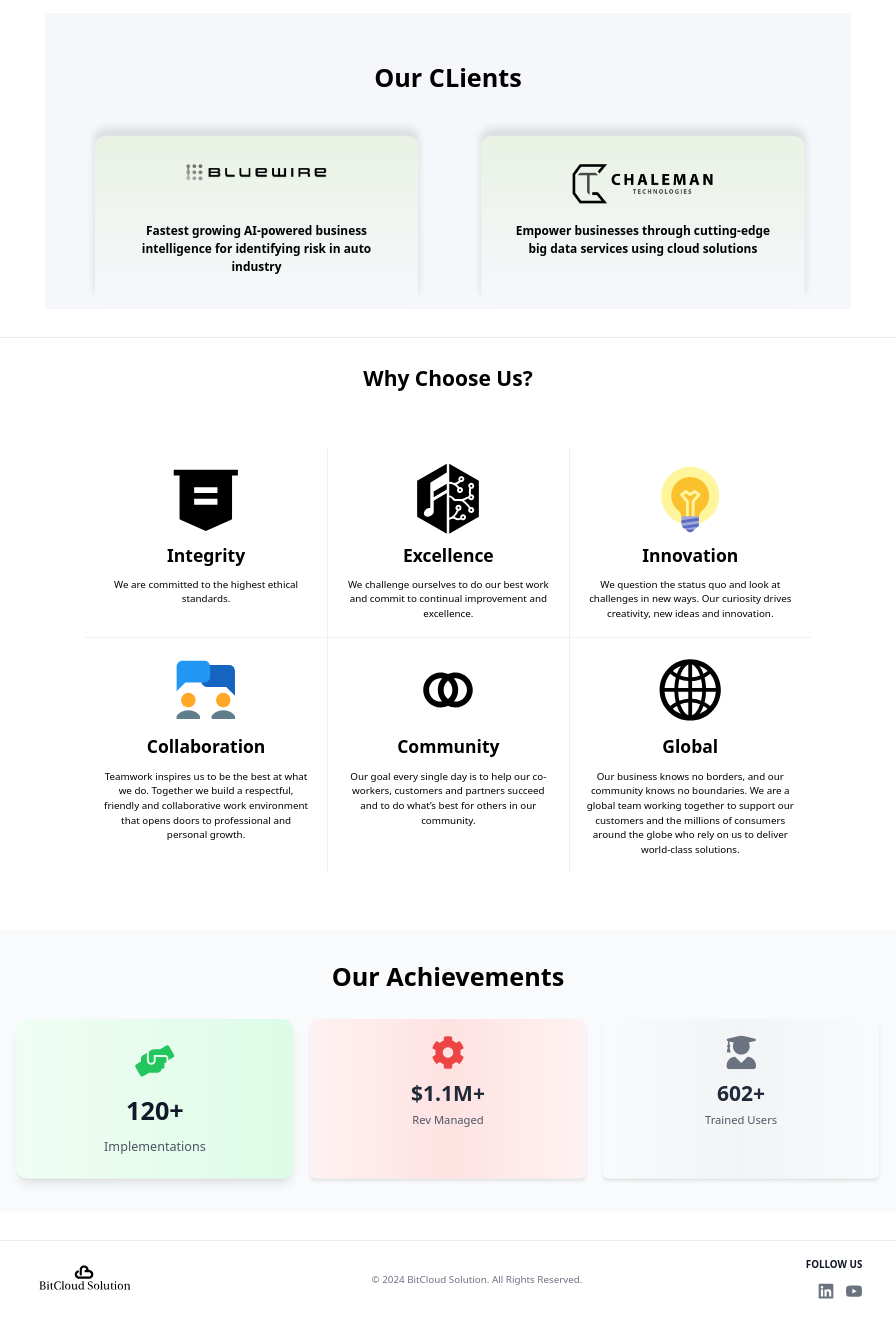
Repository: huzaifaBitCloud/BitCloud-website
Page: /
An editor plug-in stored every save of this project. The page is shown before and after the next save, followed by the edit.
The browser window is 1280 px wide. The pictures show the part of the page from y = 822 to 2742 px (the page is 2742 px tall), at 70% of full size.
The project was rebuilt for these pictures with package versions that can differ from the ones it lists, and the page was loaded fresh each time. The framework's server and built-in components were replaced by stand-ins that run in the browser. Also part of the build but not shown: next.config.mjs.

Above is the page before, as saved 2025-01-09 17:08:19.

### src/app/page.tsx
import Layout from "@/components/Layout";
// import Hero from "@/components/Hero";
import OurClients from "@/components/OurClients";
import WhyUs from "@/components/WhyUs";
import Footer from "@/components/Footer";
import { ImageCarousel } from "@/components/ImageCarousel";
import Achievements from "@/components/Achievements";

export default function Home() {
  return (
    <Layout>
      <div className="">
        {/* <Hero
          imageUrl="https://static.zohocdn.com/sites/stock-images/images/zpstock-image-37.jpg"
        /> */}
        <ImageCarousel />
      </div>
      <div className="mt-10">
        <OurClients />
      </div>
      <div className="my-10 border-t">
        <WhyUs />
      </div>
      <div className="mt-10">
        <Achievements />
      </div>
      <div className="mt-10 mb-10">
        <Footer />
      </div>
    </Layout>
  );
}

### src/app/globals.css
@tailwind base;
@tailwind components;
@tailwind utilities;

.custom-cards-ourClient {
  box-shadow: 0px -10px 10px 2px rgba(221, 223, 226, 1);
  border-radius: 15px;
  background: linear-gradient(180deg, #e9f2e4 0%, #f5f7fa 90%);
}

:root {
  /* --color-primary: #e9f2e4;
    --color-secondary: #f5f7fa;
*/
  --h-100vh: 100vh;
}

/* ABout CSS */

.btn-about {
  display: inline-block;
  margin: 0 0.625rem;
  padding: 0.3125rem 1.25rem;
  border-radius: 1.25rem;
  background: transparent;
  border: solid 0.0625rem #fff;
  position: relative;
  z-index: 9;
}
.main-hero-about {
  clip-path: polygon(
    50% 0%,
    100% 0,
    100% 35%,
    100% 86%,
    49% 100%,
    0 85%,
    0% 35%,
    0 0
  );
}

/* Services */

.zoomIn {
  -webkit-animation-name: zoomIn;
  animation-name: zoomIn;
  -webkit-animation-duration: 1s;
  animation-duration: 1s;
  -webkit-animation-fill-mode: both;
  animation-fill-mode: both;
}
@-webkit-keyframes zoomIn {
  0% {
    opacity: 0;
    -webkit-transform: scale3d(0.3, 0.3, 0.3);
    transform: scale3d(0.3, 0.3, 0.3);
  }
  50% {
    opacity: 1;
  }
}
@keyframes zoomIn {
  0% {
    opacity: 0;
    -webkit-transform: scale3d(0.3, 0.3, 0.3);
    transform: scale3d(0.3, 0.3, 0.3);
  }
  50% {
    opacity: 1;
  }
}

.card-services {
  border-top: 10px solid transparent;
  transition: border-top-color 0.4s, box-shadow 0.4s;
}

.card-services:hover {
  border-top-color: #2563eb;
  box-shadow: 0px 0px 5px rgba(0, 0, 0, 0.75);
}


@media only screen and (max-width: 760px) {
  .main-hero-about {
    clip-path: polygon(
      50% 0%,
      100% 0,
      100% 35%,
      100% 92%,
      49% 100%,
      0 92%,
      0% 35%,
      0 0
    );
  }
  .main-hero-about {
    height: var(--h-100vh) !important;
  }
  .sub-hero-about {
    text-align: center !important;
    margin: 0 auto !important;
  }
  .mob-btn-about {
    justify-content: center;
  }
  .mob-nav-style{
    position: absolute;
    top: 76%;
    left: 0;
  }
}

### src/components/Layout.tsx
import React from "react";
import { Navbar } from "./Navbar";
// import Footer from "./Footer";

const Layout = ({children}: any) => {
  return (
    <div>
      <Navbar />
      <div className="">{children}</div>
      {/* <Footer /> */}
    </div>
  );
};

export default Layout;

### src/components/OurClients.tsx
import React from "react";

const OurClients = () => {
  const services = [
    {
      id: 1,
      description:
        "Fastest growing AI-powered business intelligence for identifying risk in auto industry",
      icon: "./images/Bluewire-Logo.png", // Use the actual icon component
    },
    {
      id: 2,
      description:
        "Empower businesses through cutting-edge big data services using cloud solutions",
      icon: "./images/chaleman.png",
    },
  ];

  return (
    <section id="services" className="xs:w-full sm:w-full lg:w-[90%] mx-auto my-5 bg-[#f5f7fa] px-4 py-2">
      {/* HEADER AND IMAGE SECTION */}
      <div className="mt-16">
        <div>
          <p className="font-playfair font-semibold text-4xl mb-5 text-center">
            Our <span className="text-yellow">CLients</span>
          </p>
        </div>
      </div>

      {/* SERVICES */}
      <div className="grid grid-cols-1 md:grid-cols-2 justify-around  mt-16 gap-10 md:ml-14">
        {services.map((service) => (
          <div
            key={service.id}
            className="relative text-center p-10 xs:w-full sm:w-full lg:w-[90%] custom-cards-ourClient"
          >
            <div className="z-10">
              <div className="w-full flex justify-center ">
                <div className="w-[200px] h-[70px]">
                  <img
                    src={service.icon}
                    alt="client-img"
                    className="object-contain"
                  />
                </div>
              </div>
              <p className="font-playfair font-semibold text-[17px] flex justify-center mt-3">
                {service.description}
              </p>
            </div>
          </div>
        ))}
      </div>
    </section>
  );
};

export default OurClients;

### src/components/WhyUs.tsx
import React from "react";
import { FcCollaboration } from "react-icons/fc";
import { CgCommunity } from "react-icons/cg";
import { AiOutlineGlobal } from "react-icons/ai";
import { FcIdea } from "react-icons/fc";
import { SiMusicbrainz } from "react-icons/si";
import { RiHonourFill } from "react-icons/ri";

const WhyUs = () => {
  const services = [
    {
      id: 1,
      name: "Integrity",
      description: "We are committed to the highest ethical standards.",
      icon: <RiHonourFill size={100} />,
    },
    {
      id: 2,
      name: "Excellence",
      description:
        "We challenge ourselves to do our best work and commit to continual improvement and excellence.",
      icon: <SiMusicbrainz size={100} />,
    },
    {
      id: 3,
      name: "Innovation",
      description:
        "We question the status quo and look at challenges in new ways. Our curiosity drives creativity, new ideas and innovation.",
      icon: <FcIdea size={100} />,
    },
    {
      id: 4,
      name: "Collaboration",
      description:
        "Teamwork inspires us to be the best at what we do. Together we build a respectful, friendly and collaborative work environment that opens doors to professional and personal growth.",
      icon: <FcCollaboration size={100} />,
    },
    {
      id: 5,
      name: "Community",
      description:
        "Our goal every single day is to help our co-workers, customers and partners succeed and to do what’s best for others in our community.",
      icon: <CgCommunity size={100} />,
    },
    {
      id: 6,
      name: "Global",
      description:
        "Our business knows no borders, and our community knows no boundaries. We are a global team working together to support our customers and the millions of consumers around the globe who rely on us to deliver world-class solutions.",
      icon: <AiOutlineGlobal size={100} />,
    },
  ];
  return (
    <div className="w-[90%] mx-auto">
         <h2 className="text-3xl font-bold text-center mt-10 mb-5">Why Choose Us?</h2>
      <div className="w-[90%] mx-auto mt-20 mb-20">
        <div className="grid grid-cols-1 md:grid-cols-2 lg:grid-cols-3">
          {services.map((service, index) => (
            <div
              key={service.id}
              className={`relative bg-white text-center ${
                index >= 0
                  ? index == 0 || index == 3
                    ? index == 3
                      ? ""
                      : "border-b"
                    : index > 3
                    ? "border-l"
                    : "border-l border-b"
                  : ""
              } hover:border-red p-6`}
            >
              <div className="z-10">
                <div className="w-full flex justify-center">{service.icon}</div>

                <h3 className="font-playfair font-semibold text-[25px] mt-3">
                  {service.name}
                </h3>
                <p className="font-playfair text-[14px] flex justify-center mt-3">
                  {service.description}
                </p>
              </div>
            </div>
          ))}
        </div>
      </div>
    </div>
  );
};

export default WhyUs;

### src/components/Footer.tsx
// import Link from "next/link";
// import { FaLinkedin, FaYoutube } from "react-icons/fa";

// const Footer = () => {
//   const currentYear = new Date().getFullYear(); // Get the current year dynamically

//   return (
//     <footer className="bg-white dark:bg-gray-900 border-t w-full">
//       <div className="container mx-auto px-4 py-6">
//         <div className="flex flex-col md:flex-row md:items-center md:justify-between">
//           {/* Logo Section */}
//           <div className="flex items-center mb-4 md:mb-0 py-6">
//             <img
//               src="/images/logo.svg"
//               alt="BitCloud Logo"
//               className="h-14 mr-3 md:ml-4"
//             />
//           </div>

//           {/* Rights Section */}
//           <div className="text-center mb-4 md:mb-0">
//             <span className="text-sm text-gray-500 dark:text-gray-400">
//               © {currentYear}{" "}
//               <Link
//                 href="https://bitcloudsolution.com/"
//                 className="hover:underline"
//               >
//                 BitCloud Solution
//               </Link>
//               . All Rights Reserved.
//             </span>
//           </div>

//           {/* Follow Us Section */}
//           <div className="flex flex-col items-center md:items-end">
//             <h2 className="mb-4 text-sm font-semibold text-gray-900 uppercase dark:text-white">
//               Follow Us
//             </h2>
//             <div className="flex space-x-4">
//               <Link
//                 href="https://www.linkedin.com/company/bitcloud-solution-software/"
//                 aria-label="LinkedIn"
//                 className="text-gray-500 hover:text-blue-600 dark:hover:text-blue-400"
//               >
//                 <FaLinkedin className="w-6 h-6" />
//               </Link>
//               <Link
//                 href="http://www.youtube.com/@BitCloudSolution"
//                 aria-label="YouTube"
//                 className="text-gray-500 hover:text-red-600 dark:hover:text-red-400"
//               >
//                 <FaYoutube className="w-6 h-6" />
//               </Link>
//             </div>
//           </div>
//         </div>
//       </div>
//     </footer>
//   );
// };

// export default Footer;

import Link from "next/link";
import { FaLinkedin, FaYoutube } from "react-icons/fa";

const Footer = () => {
  const currentYear = new Date().getFullYear(); // Get the current year dynamically

  return (
    <footer className="bg-white dark:bg-gray-900 border-t w-full">
      <div className="container mx-auto px-6 py-6">
        <div className="flex flex-col items-center md:flex-row md:justify-between">
          {/* Logo Section */}
          <div className="flex items-center mb-4 md:mb-0 md:ml-6">
            <Link href='/'>
            <img
              src="/images/logo.svg"
              alt="BitCloud Logo"
              className="h-14 mr-3"
            />
            </Link>
          </div>

          {/* Rights Section */}
          <div className="text-center mb-4 md:mb-0">
            <span className="text-sm text-gray-500 dark:text-gray-400">
              © {currentYear}{" "}
              <Link
                href="https://bitcloudsolution.com/"
                className="hover:underline"
              >
                BitCloud Solution
              </Link>
              . All Rights Reserved.
            </span>
          </div>

          {/* Follow Us Section */}
          <div className="flex flex-col items-center md:items-end md:mr-6">
            <h2 className="mb-4 text-sm font-semibold text-gray-900 uppercase dark:text-white">
              Follow Us
            </h2>
            <div className="flex space-x-4">
              <Link
                href="https://www.linkedin.com/company/bitcloud-solution-software/"
                aria-label="LinkedIn"
                className="text-gray-500 hover:text-blue-600 dark:hover:text-blue-400"
              >
                <FaLinkedin className="w-6 h-6" />
              </Link>
              <Link
                href="http://www.youtube.com/@BitCloudSolution"
                aria-label="YouTube"
                className="text-gray-500 hover:text-red-600 dark:hover:text-red-400"
              >
                <FaYoutube className="w-6 h-6" />
              </Link>
            </div>
          </div>
        </div>
      </div>
    </footer>
  );
};

export default Footer;

### src/components/ImageCarousel.tsx
"use client"

import React from 'react';
import { Galleria } from 'primereact/galleria';
import "../components/styling/ImageCarousel.css"


const images = [
  {
    itemImageSrc: "/images/contact-image.jpeg",
    title: 'Welcome to BitCloud Solutions!',
    alt: 'Image 1',
  },
  {
    itemImageSrc: "/images/web-developer.jpg",
    title: 'Welcome to BitCloud Solutions!',
    alt: 'Image 2'
  },
  {
    itemImageSrc: "/images/image1.jpg",
    title: 'Welcome to BitCloud Solutions!',
    alt: 'Image 3'
  }
];

const itemTemplate = (item) => {
  return (
    <div className="image-container" style={{ width: '100%', textAlign: 'center' }}>
      <img src={item.itemImageSrc} alt={item.alt} style={{ width: '100%', display: 'block' }} />

      <div key={`${item.itemImageSrc}-heading`} className="carousel-text-heading">
        {item.title}
      </div>
      <div key={`${item.itemImageSrc}-paragraph`} className="carousel-text-paragraph">
       We Provide all Zoho services like Zoho CRM, Zoho Books, Zoho Projects and many more!!!
      </div>
    </div>
  );
}

export const ImageCarousel = () => {
  return (
    <div className="card" style={{ width: '100%', height: '100%', margin: '0 auto', position: "relative" }}>
      <Galleria
        value={images}
        numVisible={5}
        circular
        responsiveOptions={[
          {
            breakpoint: '1024px',
            numVisible: 3
          },
          {
            breakpoint: '768px',
            numVisible: 2
          },
          {
            breakpoint: '560px',
            numVisible: 1
          }
        ]}
        showThumbnails={false}
        showIndicators
        // showItemNavigators
        item={itemTemplate}
        autoPlay={true}
        transitionOptions={{ easing: 'ease-in-out', duration: 1000 }}
      />
    </div>
  );
}

### src/components/Achievements.tsx
import { FaHandsHelping, FaCog, FaUserGraduate } from "react-icons/fa";

const Achievements = () => {
  return (
    <section className="bg-gray-50 py-12">
      <div className="container mx-auto px-6">
        {/* Title */}
        {/* <div className="mt-16">
          <div>
            <p className="font-playfair font-semibold text-4xl mb-5 text-center">
              Our <span className="text-yellow">Achievements</span>
            </p>
          </div>
        </div> */}
        <h2 className="text-4xl font-bold text-center text-black mb-10">
          Our Achievements
        </h2>

        {/* Achievements Grid */}
        <div className="grid grid-cols-1 md:grid-cols-3 gap-6">
            {/* Card 1 */}
          <div className="bg-gradient-to-r from-green-50 to-green-100 p-8 rounded-2xl shadow-lg text-center transform transition duration-700 hover:-translate-y-3">
            <div className="flex justify-center items-center mb-6">
              <FaHandsHelping className="w-14 h-14 text-green-500" />
            </div>
            <h3 className="text-4xl font-bold text-gray-900">120+</h3>
            <p className="text-gray-600 mt-4 text-lg">Implementations</p>
          </div>

          {/* Card 2 */}
          <div className="bg-gradient-to-r from-red-50 via-red-100 to-red-50 p-6 rounded-lg shadow-md text-center transform transition duration-500 hover:scale-105">
            <div className="flex justify-center items-center mb-4">
              <FaCog className="w-12 h-12 text-red-500" />
            </div>
            <h3 className="text-3xl font-bold text-gray-800">$1.1M+</h3>
            <p className="text-gray-600 mt-2">Rev Managed</p>
          </div>

          {/* Card 3 */}
          <div className="bg-gradient-to-r from-gray-50 via-gray-100 to-gray-50 p-6 rounded-lg shadow-md text-center transform transition duration-500 hover:scale-105">
            <div className="flex justify-center items-center mb-4">
              <FaUserGraduate className="w-12 h-12 text-gray-500" />
            </div>
            <h3 className="text-3xl font-bold text-gray-800">602+</h3>
            <p className="text-gray-600 mt-2">Trained Users</p>
          </div>
        </div>
      </div>
    </section>
  );
};

export default Achievements;

### src/components/styling/ImageCarousel.css

img {
    max-height: 45rem;
    object-fit: cover;
  }

  .p-galleria-item-next.p-galleria-item-nav.p-link,
  .p-galleria-item-prev.p-galleria-item-nav.p-link {
    transform: translateY(-45%);
    background-color: #34291b;
    border-radius: 24px;
    width: 2.5rem;
    height: 2.5rem;
  }

  .p-galleria-item-prev.p-galleria-item-nav.p-link {
    z-index: 1;
    margin-left: 1.5rem;
  }

  .p-galleria-item-next.p-galleria-item-nav.p-link {
    margin-right: 1.5rem;
  }

  .p-galleria-item-prev.p-galleria-item-nav.p-link:hover,
  .p-galleria-item-next.p-galleria-item-nav.p-link:hover {
    background-color: #252728;
  }

  .p-icon.p-galleria-item-prev-icon,
  .p-icon.p-galleria-item-next-icon {
    color: white;
    width: 18px;
    height: 18px;
    stroke: white;
    stroke-width: 2;
  }

  .carousel-text-heading {
    width: 50%;
    position: absolute;
    top: 55%;
    left: 50%;
    transform: translate(-50%, -50%);
    color: white;
    border-radius: 10px;
    font-size: 3.2rem;
    font-weight: bold;
    text-align: center;
    animation: slideFromY 1s ease-in-out forwards;
  }

  .carousel-text-paragraph {
    width: 50%;
    position: absolute;
    top: 73%;
    left: 50%;
    transform: translate(-50%, -50%);
    color: white;
    border-radius: 10px;
    font-size: 1rem;
    text-align: center;
    animation: slideFromY 1.5s ease-in-out forwards;
  }
  @keyframes slideFromY {
    0% {
      opacity: 0;
      transform: translate(-100%, -50%);
    }
    100% {
      opacity: 1;
      transform: translate(-50%, -50%);
    }
  }

  @media (max-width: 1024px) and (min-width: 769px) {
    .carousel-text-heading {
      width: 65%;
      font-size: 2.5rem;
    }

    .carousel-text-paragraph {
      width: 60%;
      font-size: 0.9rem;
    }
  }

  @media (max-width: 768px) and (min-width: 561px) {
    .carousel-text-heading {
      font-size: 1.5rem;
      width: 65%;
    }

    .carousel-text-paragraph {
      font-size: 0.6rem;
      width: 60%;
    }
  }

  @media (max-width: 560px) {
    .carousel-text-heading {
      font-size: 1rem;
      width: 65%;
    }

    .carousel-text-paragraph {
      font-size: 0.5rem;
      width: 60%;
    }
  }
  ul.p-galleria-indicators.p-reset {
    position: absolute;
    bottom: 0;
    left: 50%;
    transform: translateX(-50%);
}
  .p-galleria-indicators .p-galleria-indicator button {
    width: 40px;
    height: 15px;
    background-color: white; /* Non-active indicators */
    border-radius: 5px;
    margin: 0 4px;
    transition: background-color 0.3s ease;
    position: relative;
}

.p-galleria-indicators .p-galleria-indicator.p-highlight button {
    background-color: #add8e6;
}

.p-galleria-indicators .p-galleria-indicator button:hover {
    background-color: #ffffff;
}

Loaded but not shown: src/app/layout.tsx (common file); tailwind.config.ts (common file); src/components/Navbar.tsx (127 lines, source omitted)

After the next save:
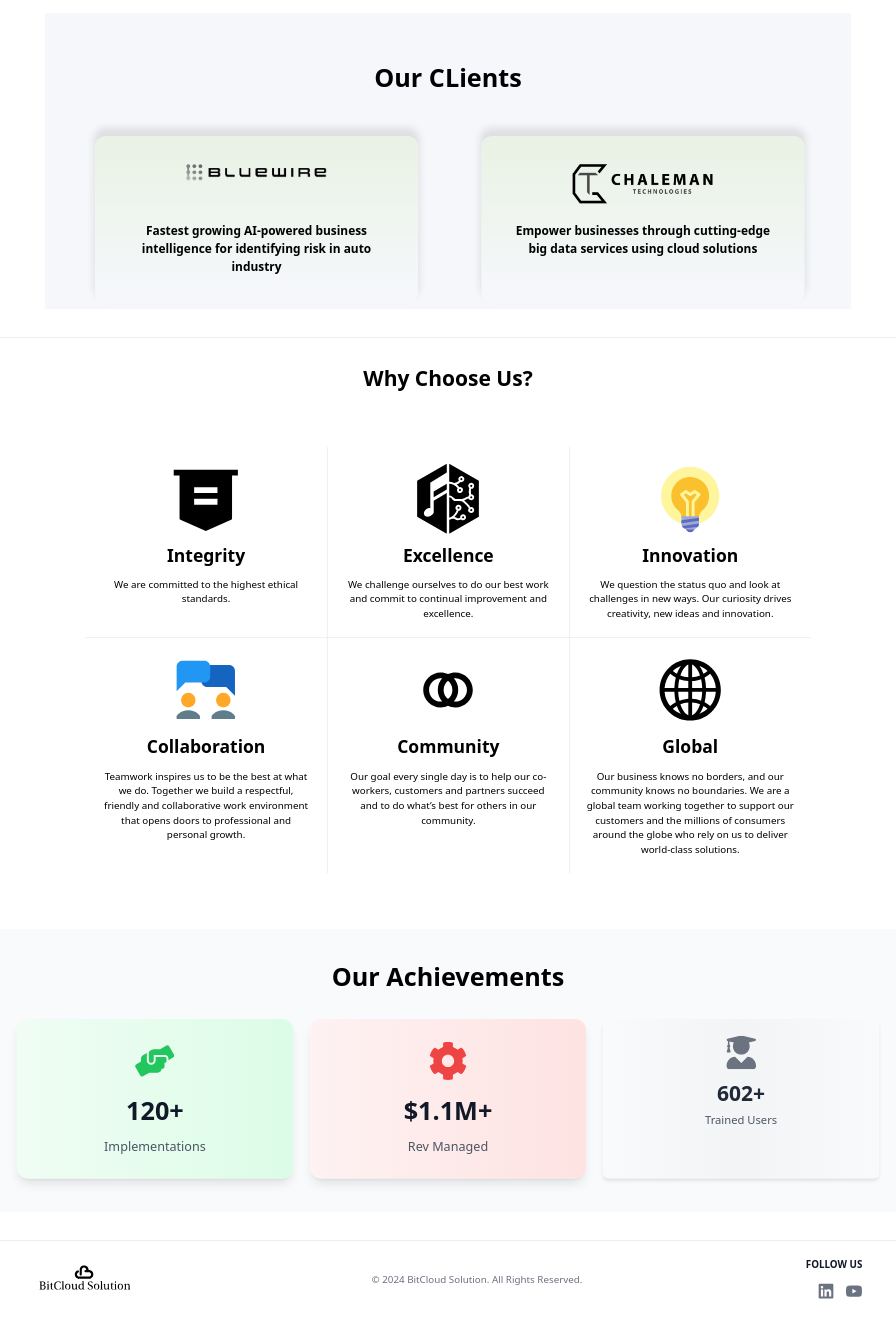
Saved 40 s later.
--- a/src/components/Achievements.tsx
+++ b/src/components/Achievements.tsx
@@ -18,7 +18,7 @@
 
         {/* Achievements Grid */}
         <div className="grid grid-cols-1 md:grid-cols-3 gap-6">
-            {/* Card 1 */}
+          {/* Card 1 */}
           <div className="bg-gradient-to-r from-green-50 to-green-100 p-8 rounded-2xl shadow-lg text-center transform transition duration-700 hover:-translate-y-3">
             <div className="flex justify-center items-center mb-6">
               <FaHandsHelping className="w-14 h-14 text-green-500" />
@@ -28,12 +28,14 @@
           </div>
 
           {/* Card 2 */}
-          <div className="bg-gradient-to-r from-red-50 via-red-100 to-red-50 p-6 rounded-lg shadow-md text-center transform transition duration-500 hover:scale-105">
-            <div className="flex justify-center items-center mb-4">
-              <FaCog className="w-12 h-12 text-red-500" />
+          <div
+            className="bg-gradient-to-r from-red-50 to-red-100 p-8 rounded-2xl shadow-lg text-center transform transition duration-700 hover:-translate-y-3"
+          >
+            <div className="flex justify-center items-center mb-6">
+              <FaCog className="w-14 h-14 text-red-500" />
             </div>
-            <h3 className="text-3xl font-bold text-gray-800">$1.1M+</h3>
-            <p className="text-gray-600 mt-2">Rev Managed</p>
+            <h3 className="text-4xl font-bold text-gray-900">$1.1M+</h3>
+            <p className="text-gray-600 mt-4 text-lg">Rev Managed</p>
           </div>
 
           {/* Card 3 */}
